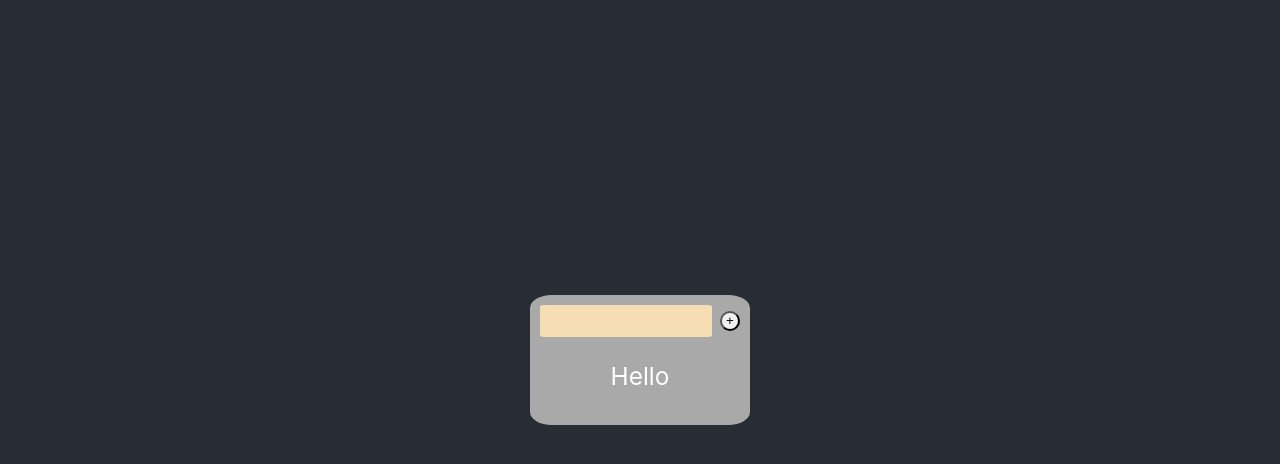
Repository: DinoDime/ReactToDoList
Page: /, after clicking the first element matching `button`
The author's editor kept a copy of each file at every save. The page is drawn from the files as they stood at one save, then again after a run of saves.
The browser window is 1280 px wide. The pictures show the whole page.
The project was rebuilt for these pictures with package versions that can differ from the ones it lists, and the page was loaded fresh each time.

Above is the page before, as saved 2021-04-07 16:26:05.

After the next 2 saves:
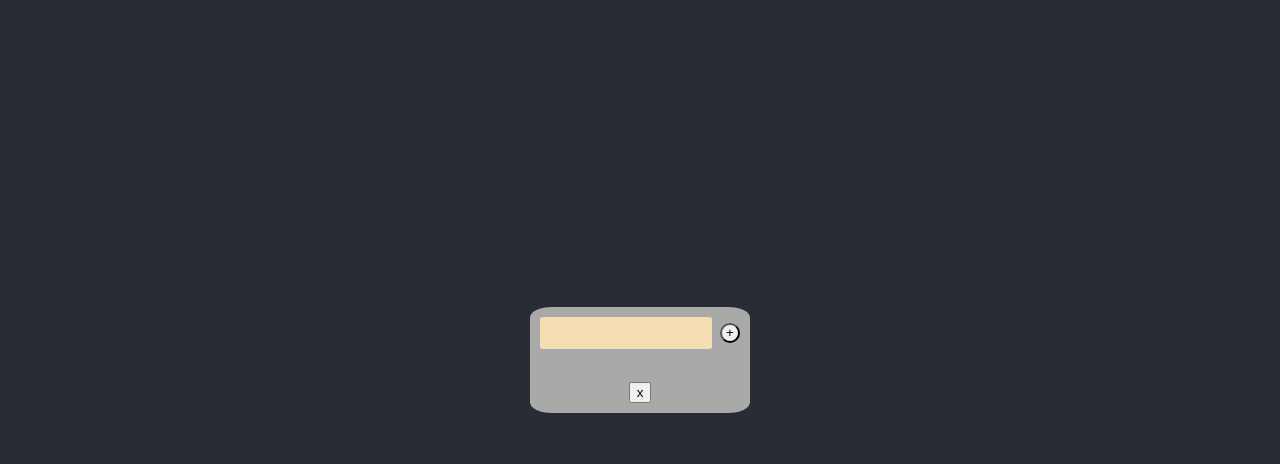
The 2 saves are shown as one change because 1 did not build or start.
The last was saved 4 min 42 s later.
--- a/src/List.js
+++ b/src/List.js
@@ -1,5 +1,13 @@
 function List(props) {
-    return(<p>Hello</p>)
+    return <div>
+        {props.itemList.map(itemObj => {
+            return <div className="Item">
+                <p>{itemObj.item}</p>
+                <button>x</button>
+            </div>
+        })}
+    </div>
 }
 
+
 export default List;
